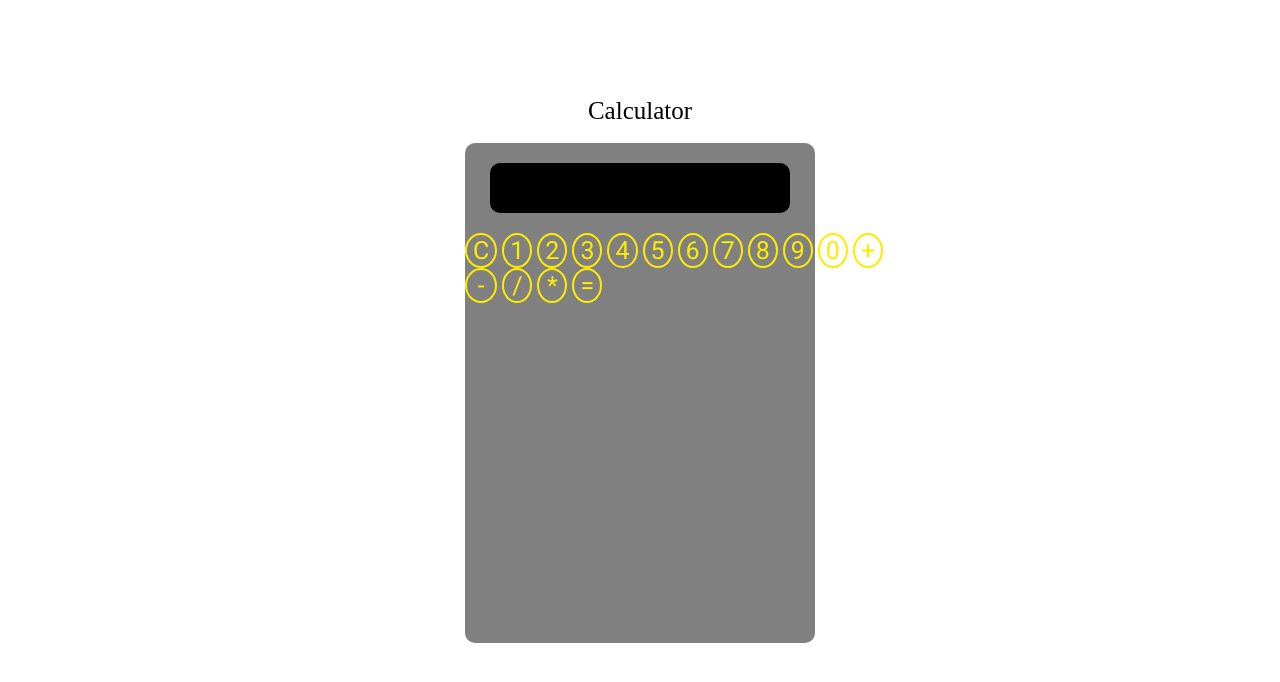
Repository: Gibon9/SimpleCalc
Page: index.html
The author's editor kept a copy of each file at every save. The page is drawn from the files as they stood at one save, then again after the next save.
The browser window is 1280 px wide. The pictures show the whole page.
Some web fonts or font styles are not loaded; a fallback is used.

Above is the page before, as saved 2020-11-27 18:30:52.

### index.html
<!DOCTYPE html>
<html lang="en">
  <head>
    <meta charset="UTF-8" />
    <meta name="viewport" content="width=device-width, initial-scale=1.0" />
    <link rel="stylesheet" href="style/reset.css" />
    <link rel="stylesheet" href="style/style.css" />
    <title>Calculator</title>
  </head>

  <body>
    <main class="main">
      <h1 class="title">Calculator</h1>
      <section class="clac">
        <div class="calc-display" id="display"></div>
        <section class="keyboard" id="keyboard">
          <button class="calc-button" id="clear">C</button>
          <button class="calc-button" id="btn1">1</button>
          <button class="calc-button" id="btn2">2</button>
          <button class="calc-button" id="btn3">3</button>
          <button class="calc-button" id="btn4">4</button>
          <button class="calc-button" id="btn5">5</button>
          <button class="calc-button" id="btn6">6</button>
          <button class="calc-button" id="btn7">7</button>
          <button class="calc-button" id="btn8">8</button>
          <button class="calc-button" id="btn9">9</button>
          <button class="calc-button" id="btn0">0</button>
          <button class="calc-button" id="plus">+</button>
          <button class="calc-button" id="minus">-</button>
          <button class="calc-button" id="divide">/</button>
          <button class="calc-button" id="multiply">*</button>
          <button class="calc-button" id="equal">=</button>
        </section>
      </section>
    </main>
    <script src="./index.js"></script>
  </body>
</html>

### style/style.css
@import url("https://fonts.googleapis.com/css2?family=Roboto&family=Saira+Stencil+One&display=swap");

:root {
  --background-color: grey;
  --display-color: black;
  --primary-color: #05e93a;
  --secondary-color: #feec00;
}

.calc-display,
.title {
  font-family: "Saira Stencil One", cursive;
}

.calc-button {
  font-family: "Roboto", sans-serif;
}

.main {
  display: flex;
  flex-direction: column;
  justify-content: center;
  align-items: center;
  width: 100vw;
  height: 100vh;
}

.title {
  font-size: 25px;
  margin: 20px 0;
}

.clac {
  width: 350px;
  height: 500px;
  background-color: var(--background-color);
  border-radius: 10px;
}

.calc-display {
  margin: 20px auto;
  width: 300px;
  height: 50px;
  background-color: var(--display-color);
  color: var(--primary-color);
  border-radius: 10px;
  font-size: 40px;
}

.keyboard {
  display: grid;
  grid-template-columns: repeat(12, 1fr);
  column-gap: 5px;
}

.calc-button {
  font-size: 25px;
  color: var(--secondary-color);
  background-color: transparent;
  border: 2px solid var(--secondary-color);
  border-radius: 50%;
}

Loaded but not shown: style/reset.css (common file); index.js (no copy from this time; the picture is the same without it)

After the next save:
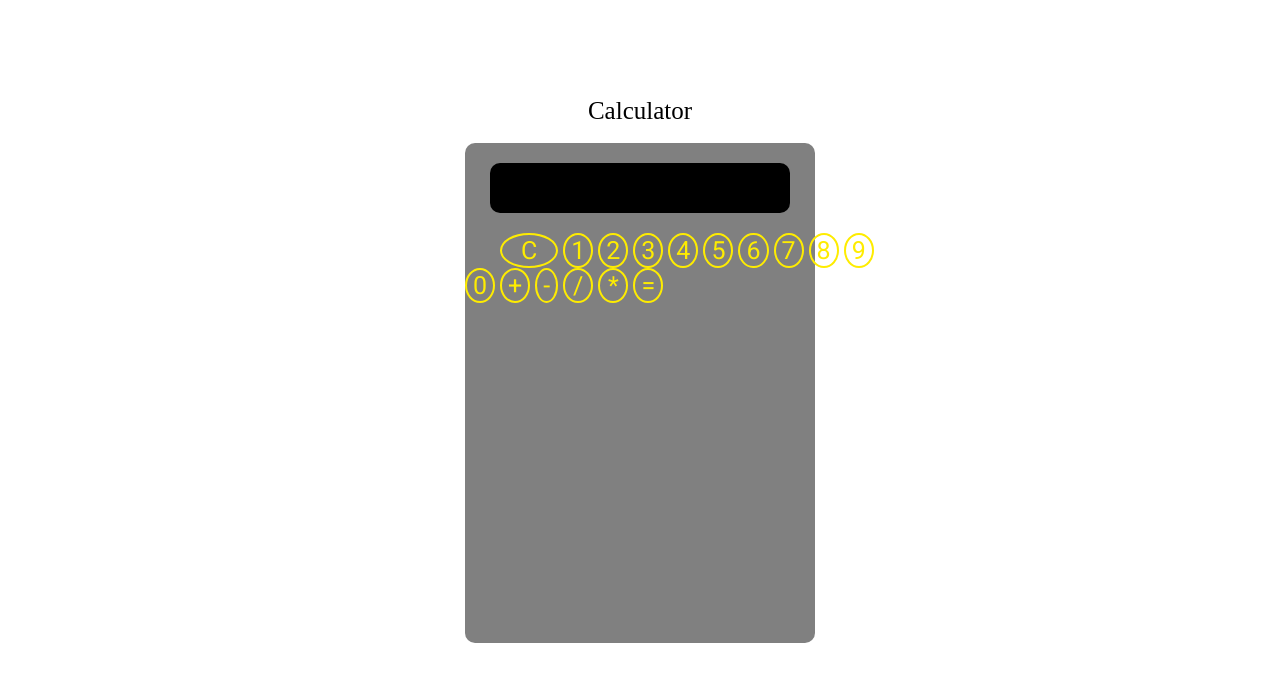
Saved 10 min 54 s later.
--- a/index.html
+++ b/index.html
@@ -14,7 +14,7 @@
       <section class="clac">
         <div class="calc-display" id="display"></div>
         <section class="keyboard" id="keyboard">
-          <button class="calc-button" id="clear">C</button>
+          <button class="calc-button c-btn" id="clear">C</button>
           <button class="calc-button" id="btn1">1</button>
           <button class="calc-button" id="btn2">2</button>
           <button class="calc-button" id="btn3">3</button>
--- a/style/style.css
+++ b/style/style.css
@@ -60,3 +60,7 @@
   border: 2px solid var(--secondary-color);
   border-radius: 50%;
 }
+
+.c-btn {
+  grid-column: 2/4;
+}
